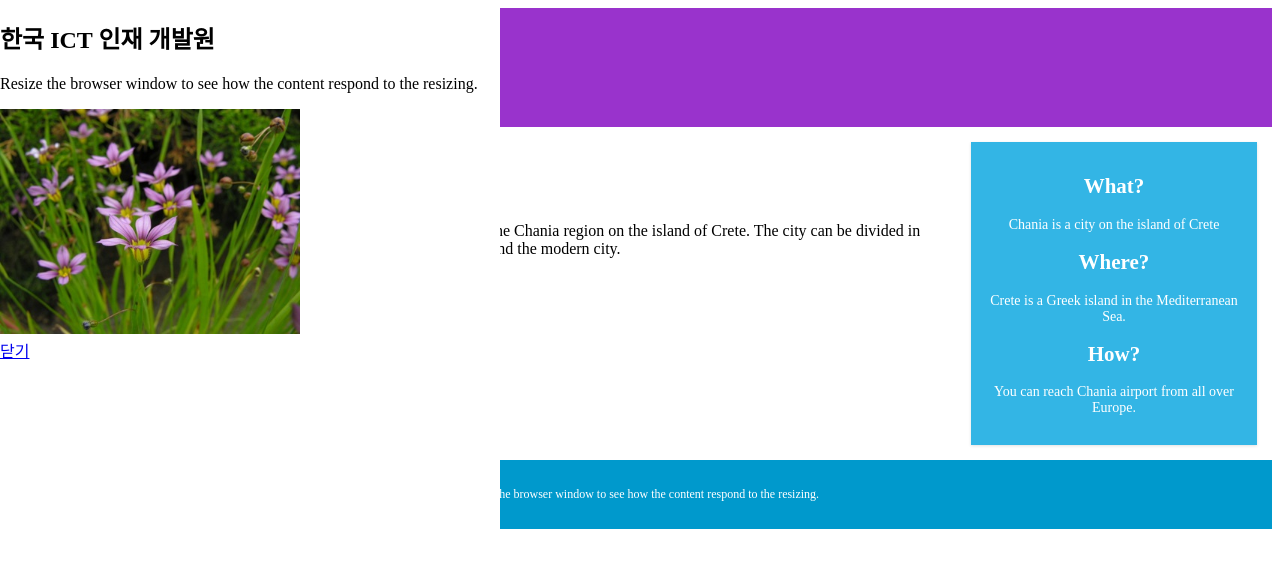
Repository: ady0099/webstudy
Page: 03_javascript/src/main/webapp/day02/ex18_event.html
These files come from the project's save history. The page is drawn as it stood at one moment and after a run of saves; the edit follows.
The browser window is 1280 px wide. The pictures show the whole page.

Above is the page before, as saved 2023-06-28 08:05:55.

### 03_javascript/src/main/webapp/day02/ex18_event.html
<!DOCTYPE html>
<html>
	<head>
		<meta charset="UTF-8">
		<title>반응협 웹 페이지</title>
		<style>
			*{
				box-sizing: border-box;
			}
			.header{
				background-color: #9933cc;
				color:white;
				padding:15px;
			}
			/* ::after => 요소의 콘텐츠 끝부분에 생성된 콘텐츠를 추가한다. */
			/* ::before => 요소의 콘텐츠 시작부분에 생성된 콘텐츠를 추가한다. */
			/* content:""; => */
			.row::after{
				content: "";
				display: block;
				clear: both;
			}
			.footer{
				/* clear:both; */ /* float: left 해제 */
				clear:both;
				background-color: #0099cc;
				color:white;
				text-align: center;
				font-size:12px;
				padding:15px;
			}
			.menu ul{
				list-style-type: none;
				margin:0;
				padding:0;
			}
			.menu li{
				padding:20px;
				margin-bottom:7px;
				background-color: #33b5e5;
				color:white;
				box-shadow: 0 1px 3px rgba(0,0,0,0.12);
			}
			.menu li:hover{
				background-color: #0099cc;
			}
			[class*="col-"]{
				float:left;
				padding:15px;
			}
			.aside{
				background-color: #33b5e5;
				padding:15px;
				color:white;
				text-align: center;
				font-size: 14px;
				box-shadow: 0 1px 3px rgba(0,0,0,0.12);
			}
			.col-1{width:8.33%;}
			.col-2{width:16.66%;}
			.col-3{width:25%;}
			.col-4{width:33.33%;}
			.col-5{width:41.66%;}
			.col-6{width:50%;}
			.col-7{width:58.33%;}
			.col-8{width:66.66%;}
			.col-9{width:75%;}
			.col-10{width:83.33%;}
			.col-11{width:91.66%;}
			.col-12{width:100%;}

			@media only screen and (max-width:760px){
				[class*="col-"]{
				  width: 100%;
			   }
			}
			div#popup{
				width: 500px;
				height: 800px;
				position: fixed;
				top:0;
				left:0;
				overflow: hidden;
				background-color: white;
			 }
		</style>

	</head>
	<body>
		<div class="header">
			<h1>한국 ICT 인재 개발원</h1>
		</div>
		<div class="row">
			<div class="col-3 menu">
				<ul>
					<li>The Flight</li>
					<li>The City</li>
					<li>The Island</li>
					<li>The Food</li>
				</ul>
			</div>
			<div class="col-6">
				<h1>The City</h1>
				<p>Chania is the capital of the Chania region on the island of Crete.
				The city can be divided in two parts, the old town and the modern city.</p>
			</div>
			<div class="col-3 right">
				<div class="aside">
					<h2>What?</h2>
					<p>Chania is a city on the island of Crete</p>
					<h2>Where?</h2>
					<p>Crete is a Greek island in the Mediterranean Sea.</p>
					<h2>How?</h2>
					<p>You can reach Chania airport from all over Europe.</p>
				</div>
			</div>
			<div class="footer">
				<p>Resize the browser window to see how the content respond to the resizing.</p>
			</div>
			<div id="popup">
				<h2>한국 ICT 인재 개발원</h2>
				<p>Resize the browser window to see how the content respond to the resizing.</p>

				<img alt="" src="../images/flower.jpg" width="300px">
				<div><a href="#" onclick="closed()">닫기</a></div>
			</div>
		</div>
	</body>
	<script type="text/javascript">
		function closed(){

		}
	</script>
</html>

After the next 2 saves:
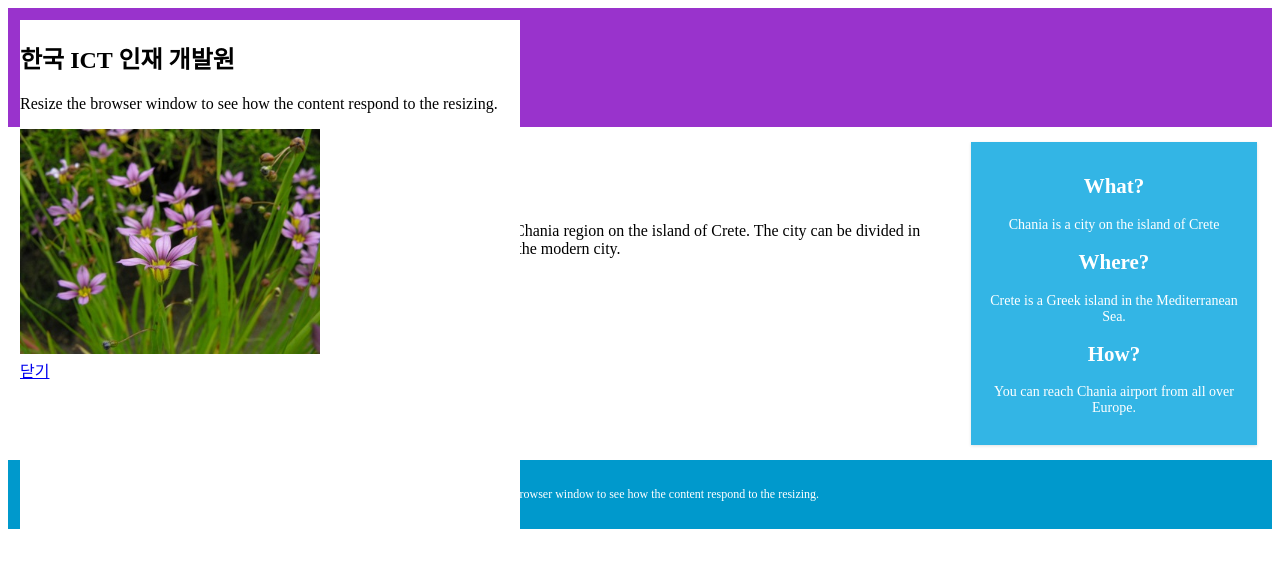
The 2 saves are shown as one change because they came seconds apart.
The last was saved 30 s later.
--- a/03_javascript/src/main/webapp/day02/ex18_event.html
+++ b/03_javascript/src/main/webapp/day02/ex18_event.html
@@ -78,8 +78,8 @@
 				width: 500px;
 				height: 800px;
 				position: fixed;
-				top:0;
-				left:0;
+				top:20px;
+				left:20px;
 				overflow: hidden;
 				background-color: white;
 			 }
